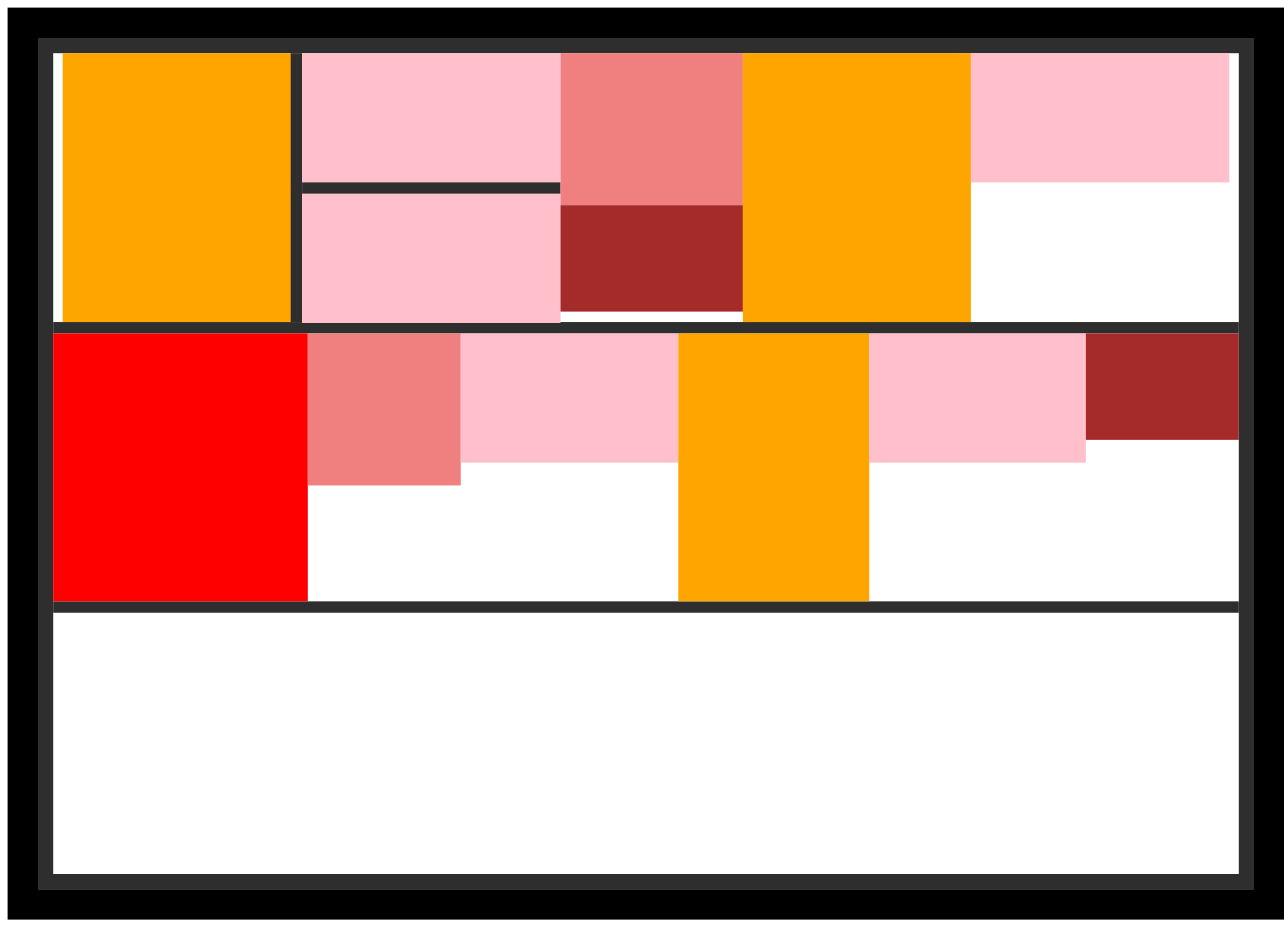
Repository: Tsardines/mondrian
Page: index.html
These files come from the project's save history. The page is drawn as it stood at one moment and after the next save; the edit follows.
The browser window is 1280 px wide. The page is 1352 px wide, so the pictures cover 1352 px, including what lies to the right of the window. The pictures show the whole page, at 95% of full size.
Some web fonts or font styles are not loaded; a fallback is used.

Above is the page before, as saved 2019-10-20 16:58:43.

### index.html
<!DOCTYPE html>
<html>
  <head>
    <meta charset="UTF-8">
  <meta http-equiv="X-UA-Compatible" content="IE=edge,chrome=1">
  <meta name="viewport" content="width=device-width,initial-scale=1">
    <title>title</title>
  <meta name="author" content="name">
  <meta name="description" content="description here">
  <meta name="keywords" content="keywords,here">
  <link rel="stylesheet" href="//fonts.googleapis.com/css?family=font1|font2|etc" type="text/css">
  <link rel="stylesheet" href="styles.css" type="text/css">
  </head>
  <body>

    <div id="canvas">
        <div class="grid__container">
            <div class="grid__top">
                <div class="rect--vert" style="border-right: 0.75rem solid rgb(46, 46, 46);"></div>

                <div class="grid__top--cont">
                    <div class="rect--hori" style="border-bottom: 0.75rem solid rgb(46, 46, 46);"></div>
                    <div class="rect--hori"></div>
                </div>

                <div class="grid__top--cont">
                    <div class="sq--hori"></div>
                    <div class="sq--sm"></div>
                </div>

                <div class="rect--vert"></div>

                <div class="rect--hori"></div>

                <!-- <div class="sq"></div> -->
                <!-- <div class="rect--vert"></div> -->

            </div>

            <div class="grid__middle">
                    <div class="sq--big"></div>
                    <div class="sq--hori"></div>
                    <div class="rect--hori"></div>
                    <div class="rect--vert"></div>
                    <div class="rect--hori"></div>
                    <div class="rect--hori--mini"></div>
                    <div class="sq--sm"></div>
            </div>
            <div class="grid__bottom">



            </div>
        </div>
    </div>

  </body>
</html>

### styles.css
#canvas {
    border: 2rem solid black;
    /* display: block; */
    height: 56rem;
    margin: 0 auto;
    width: 80rem;
}

.grid__container {
    border: 1rem solid rgb(46, 46, 46);
    height: 54rem;
}

.grid__top {
    display: flex;
    height: 32.7%;
    justify-content: center;
}

.grid__middle {
    border-bottom: 0.75rem solid rgb(46, 46, 46);
    border-top: 0.75rem solid rgb(46, 46, 46);
    display: flex;
    height: 32.7%;
}

.grid__bottom {
    height: 32.7%;
}

.rect--vert {
    background-color: orange;
    /* border-right: 0.75rem solid rgb(46, 46, 46); */
    height: 100%;
    width: 15rem;
}

.rect--hori {
    background-color: pink;
    /* border-bottom: 0.75rem solid rgb(46, 46, 46);
    border-right: 0.75rem solid rgb(46, 46, 46); */
    height: 8.5rem;
    width: 17rem;
}

.sq--hori {
    background-color: lightcoral;
    /* border-bottom: 0.75rem solid rgb(46, 46, 46);
    border-right: 0.75rem solid rgb(46, 46, 46); */
    height: 10rem;
    width: 12rem;
}

.rect--hori--sm {
    background-color: rgb(55, 87, 190);
    /* border-bottom: 0.75rem solid rgb(46, 46, 46);
    border-right: 0.75rem solid rgb(46, 46, 46); */
    height: 8rem;
    width: 12rem;
}

.sq--big {
    background-color: red;
    height: 100%;
    width: 20rem;
}

.sq--sm {
    background-color: brown;
    /* border-bottom: 0.75rem solid rgb(46, 46, 46);
    border-right: 0.75rem solid rgb(46, 46, 46); */
    height: 7rem;
    width: 12rem;
}

After the next save:
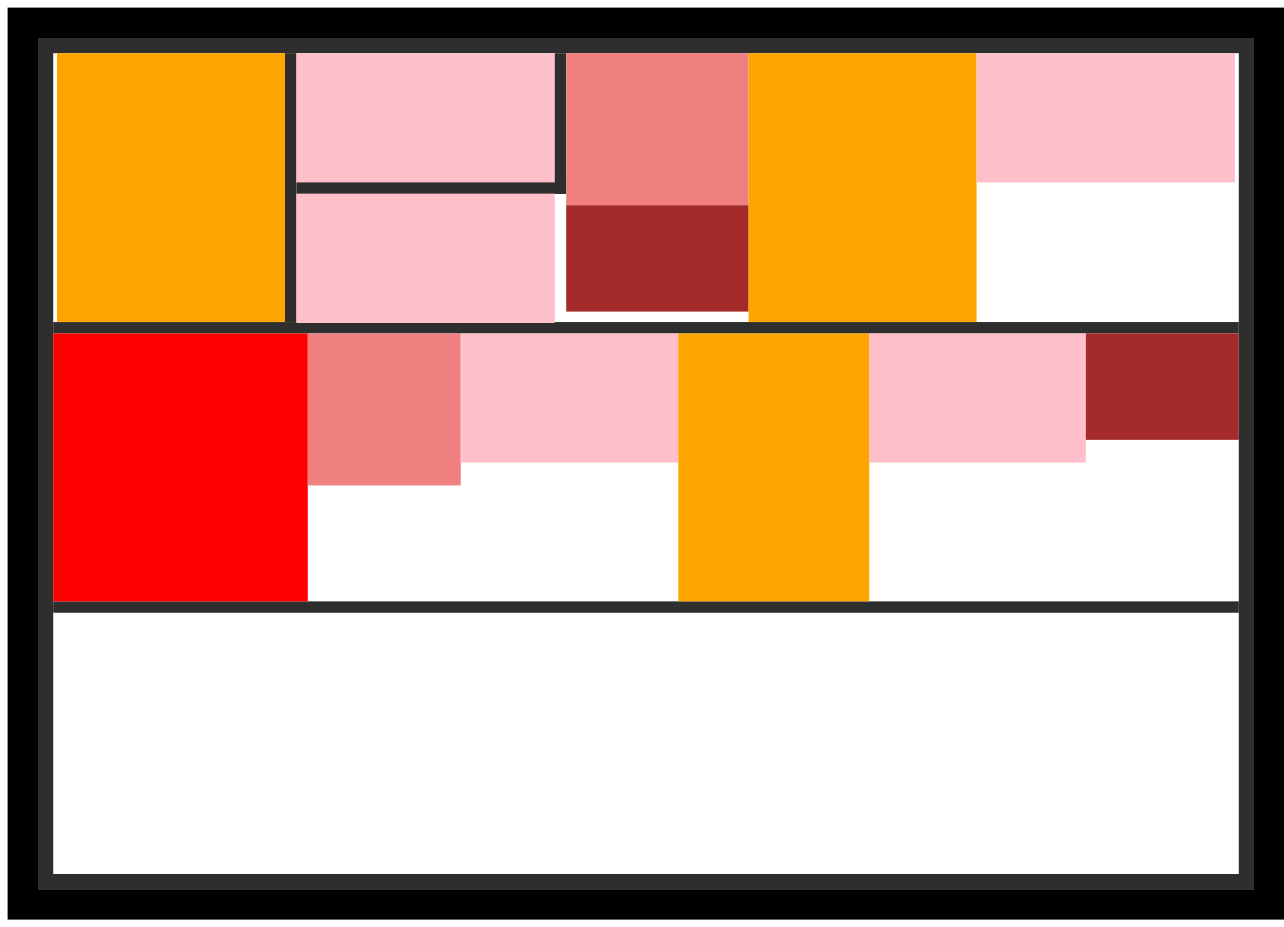
Saved 16 s later.
--- a/index.html
+++ b/index.html
@@ -19,7 +19,7 @@
                 <div class="rect--vert" style="border-right: 0.75rem solid rgb(46, 46, 46);"></div>
 
                 <div class="grid__top--cont">
-                    <div class="rect--hori" style="border-bottom: 0.75rem solid rgb(46, 46, 46);"></div>
+                    <div class="rect--hori" style="border-bottom: 0.75rem solid rgb(46, 46, 46);border-right: 0.75rem solid rgb(46, 46, 46);"></div>
                     <div class="rect--hori"></div>
                 </div>
 
